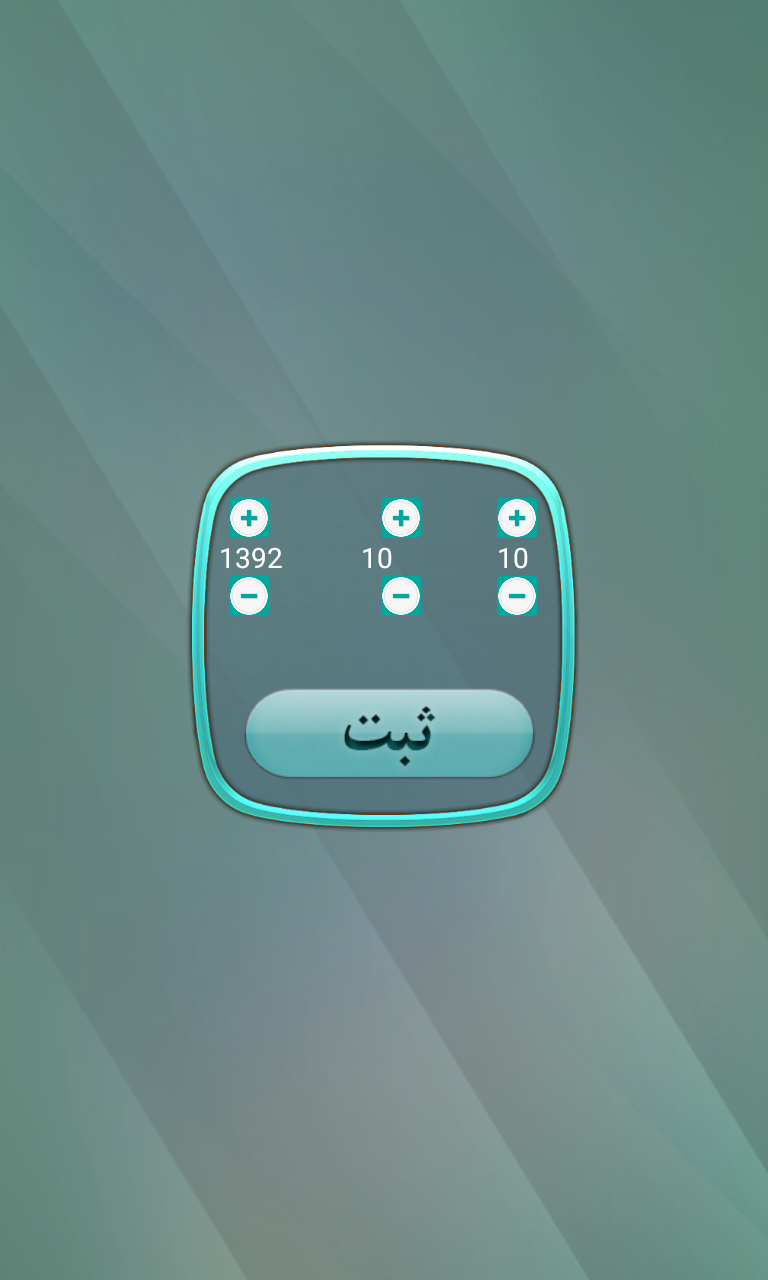
Repository: AtiehPardaz/Reports-Mobile
Layout: Reportsmobile/res/layout/activity_datepicker.xml
The author's editor kept a copy of each file at every save. The layout is drawn from the files as they stood at one save, then again after the next save.
It is drawn on a 768 x 1280 px phone screen (xhdpi) without system bars, with theme Theme.behzad; the app's code is not run.

Above is the layout before, as saved 2015-03-10 13:11:18.

### Reportsmobile/res/layout/activity_datepicker.xml
<RelativeLayout xmlns:android="http://schemas.android.com/apk/res/android"
    xmlns:tools="http://schemas.android.com/tools"
    android:layout_width="match_parent"
    android:layout_height="match_parent"
    android:background="@drawable/backmenutransparent" >

    <RelativeLayout
        android:id="@+id/rel_cal"
        android:layout_width="250dp"
        android:layout_height="200dp"
        android:layout_centerHorizontal="true"
        android:layout_centerInParent="true"
        android:layout_marginTop="20sp"
        android:background="@drawable/datepicjerbg"
        android:gravity="center" >

        <RelativeLayout
            android:id="@+id/rel_left"
            android:layout_width="60sp"
            android:layout_height="wrap_content"
            android:gravity="center" >

            <ImageView
                android:id="@+id/top_image_year"
                android:layout_width="20sp"
                android:layout_height="20sp"
                android:layout_marginLeft="15sp"
                android:background="@drawable/arow_top_calender" >
            </ImageView>

            <TextView
                android:id="@+id/txt_name_year"
                android:layout_width="wrap_content"
                android:layout_height="wrap_content"
                android:layout_below="@+id/top_image_year"
                android:layout_marginLeft="10sp"
                android:text="1392"
                android:textColor="#FFFFFF" >
            </TextView>

            <ImageView
                android:id="@+id/down_image_year"
                android:layout_width="20sp"
                android:layout_height="20sp"
                android:layout_below="@+id/txt_name_year"
                android:layout_marginLeft="15sp"
                android:background="@drawable/arow_down_calender" >
            </ImageView>
        </RelativeLayout>

        <RelativeLayout
            android:id="@+id/rel_center"
            android:layout_width="65sp"
            android:layout_height="wrap_content"
            android:layout_marginLeft="10sp"
            android:layout_toRightOf="@+id/rel_left"
            android:gravity="center" >

            <ImageView
                android:id="@+id/top_image_month"
                android:layout_width="20sp"
                android:layout_height="20sp"
                android:layout_marginLeft="15sp"
                android:background="@drawable/arow_top_calender" >
            </ImageView>

            <TextView
                android:id="@+id/txt_name_month"
                android:layout_width="wrap_content"
                android:layout_height="wrap_content"
                android:layout_below="@+id/top_image_month"
                android:layout_marginLeft="5sp"
                android:text="10"
                android:textColor="#FFFFFF" >
            </TextView>

            <ImageView
                android:id="@+id/down_image_month"
                android:layout_width="20sp"
                android:layout_height="20sp"
                android:layout_below="@+id/txt_name_month"
                android:layout_marginLeft="15sp"
                android:background="@drawable/arow_down_calender" >
            </ImageView>
        </RelativeLayout>

        <RelativeLayout
            android:id="@+id/rel_right"
            android:layout_width="30sp"
            android:layout_height="wrap_content"
            android:layout_marginLeft="18sp"
            android:layout_marginRight="20dp"
            android:layout_toRightOf="@+id/rel_center"
            android:gravity="center" >

            <ImageView
                android:id="@+id/top_image_day"
                android:layout_width="20sp"
                android:layout_height="20sp"
                android:background="@drawable/arow_top_calender" >
            </ImageView>

            <TextView
                android:id="@+id/txt_name_day"
                android:layout_width="wrap_content"
                android:layout_height="wrap_content"
                android:layout_below="@+id/top_image_day"
                android:text="10"
                android:textColor="#FFFFFF" >
            </TextView>

            <ImageView
                android:id="@+id/down_image_day"
                android:layout_width="20sp"
                android:layout_height="20sp"
                android:layout_below="@+id/txt_name_day"
                android:background="@drawable/arow_down_calender" >
            </ImageView>
        </RelativeLayout>

        <ImageButton
            android:id="@+id/imageButton1"
            android:layout_width="wrap_content"
            android:layout_height="wrap_content"
            android:layout_alignRight="@+id/rel_right"
            android:layout_below="@+id/rel_left"
            android:layout_marginRight="5dp"
            android:layout_marginTop="35dp"
            android:background="@drawable/img_btn_sabt"
            android:src="@drawable/btn_click" />

    </RelativeLayout>

    <ImageView
        android:id="@+id/imageView1"
        android:layout_width="wrap_content"
        android:layout_height="wrap_content"
        android:layout_below="@+id/rel_cal"
        android:layout_centerHorizontal="true" >
    </ImageView>

</RelativeLayout>

### Reportsmobile/res/drawable/btn_click.xml
<selector xmlns:android="http://schemas.android.com/apk/res/android">
<item android:state_focused="true" android:drawable="@drawable/btnclick"/>
<item android:state_pressed="true" android:drawable="@drawable/btnclick" />

</selector>

Loaded but not shown: Reportsmobile/res/values/styles.xml (common file)

After the next save:
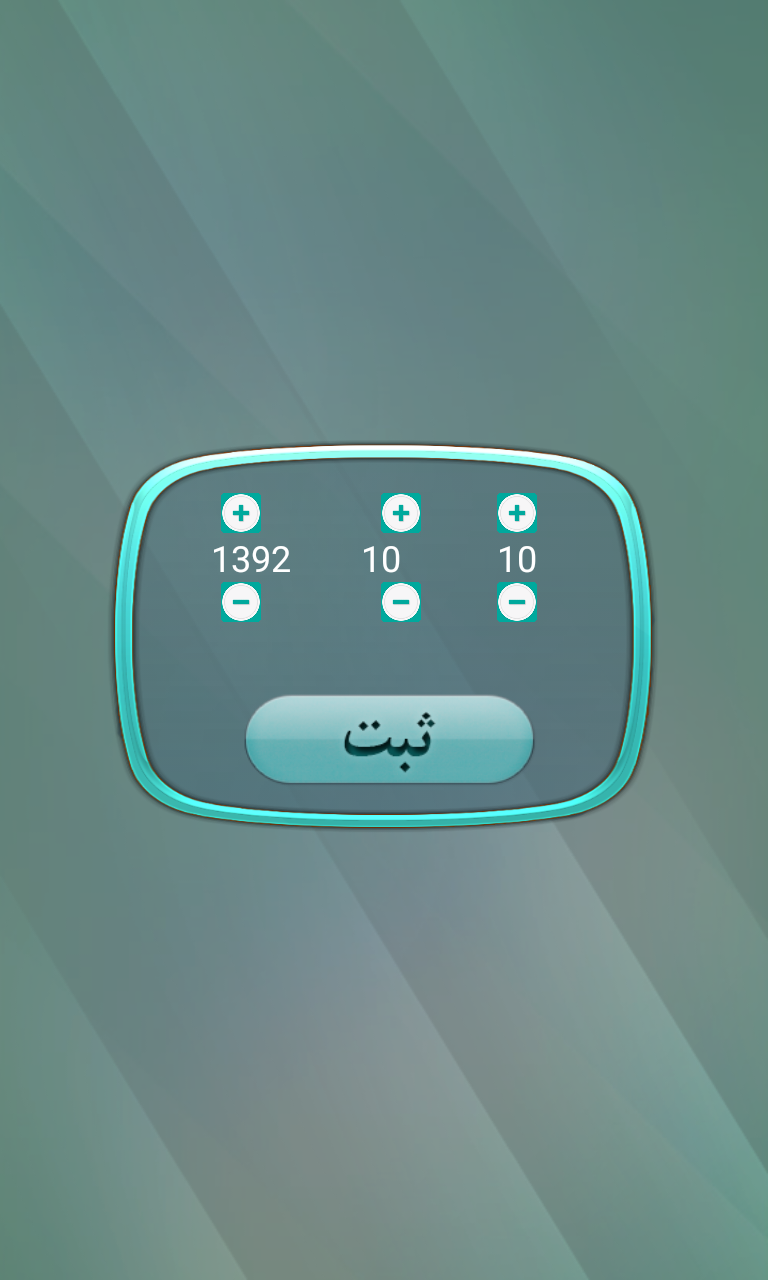
Saved 7 min 12 s later.
--- a/Reportsmobile/res/layout/activity_datepicker.xml
+++ b/Reportsmobile/res/layout/activity_datepicker.xml
@@ -6,7 +6,7 @@
 
     <RelativeLayout
         android:id="@+id/rel_cal"
-        android:layout_width="250dp"
+        android:layout_width="350dp"
         android:layout_height="200dp"
         android:layout_centerHorizontal="true"
         android:layout_centerInParent="true"
@@ -35,7 +35,9 @@
                 android:layout_below="@+id/top_image_year"
                 android:layout_marginLeft="10sp"
                 android:text="1392"
-                android:textColor="#FFFFFF" >
+                android:textColor="#FFFFFF"
+                android:textSize="18sp" >
+
             </TextView>
 
             <ImageView
@@ -71,7 +73,9 @@
                 android:layout_below="@+id/top_image_month"
                 android:layout_marginLeft="5sp"
                 android:text="10"
-                android:textColor="#FFFFFF" >
+                android:textColor="#FFFFFF"
+                android:textSize="18sp" >
+
             </TextView>
 
             <ImageView
@@ -106,7 +110,9 @@
                 android:layout_height="wrap_content"
                 android:layout_below="@+id/top_image_day"
                 android:text="10"
-                android:textColor="#FFFFFF" >
+                android:textColor="#FFFFFF"
+                android:textSize="18sp" >
+
             </TextView>
 
             <ImageView
